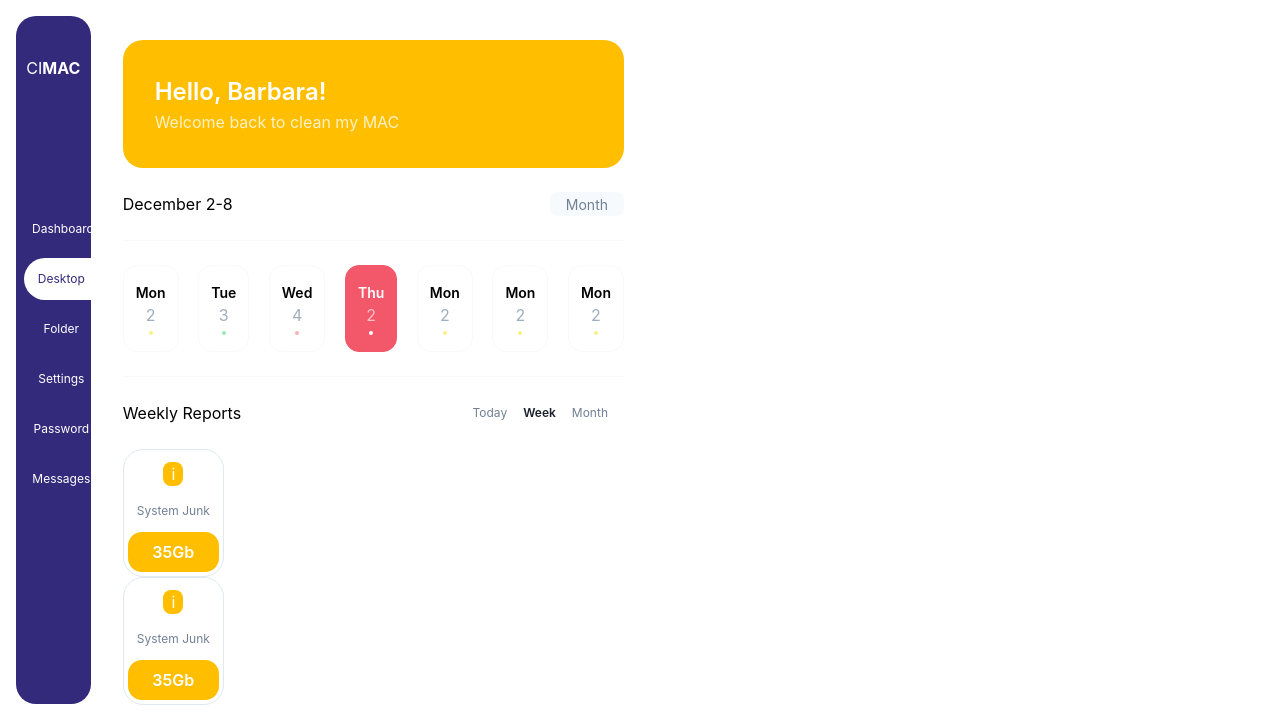
Repository: charleyvibez/experiment-Utility-software-UI
Page: index.html
These files come from the project's save history. The page is drawn as it stood at one moment and after the next save; the edit follows.
The browser window is 1280 px wide. The pictures show the whole page.

Above is the page before, as saved 2020-03-18 00:54:59.

After the next save:
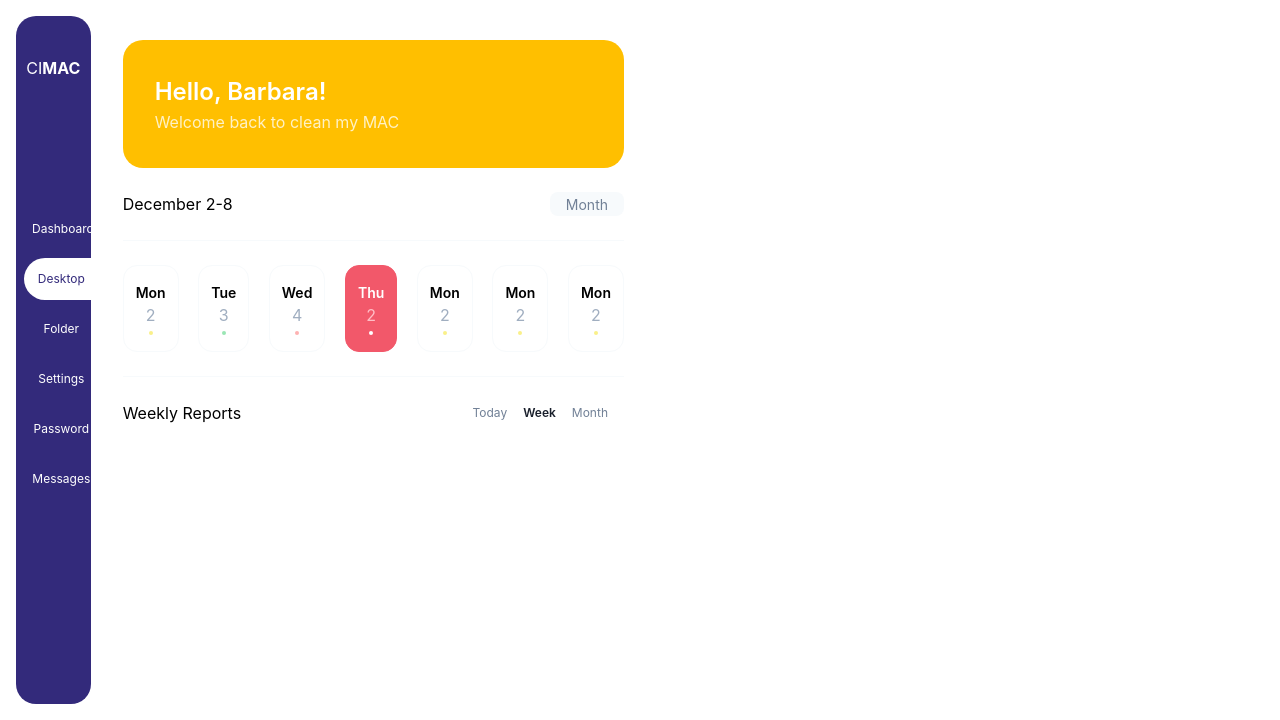
Saved 11 s later.
--- a/index.html
+++ b/index.html
@@ -95,28 +95,7 @@
 
 
         </div>
-        <div class="junks">
-          <div class="system-junk w-1/4  flex items-center pr-6">
-           <div class="bg-white rounded-xl flex flex-col items-center border w-full px-1 pt-3 pb-1">
-             <span class="junk-icon inline-block px-2 text-white mb-4 rounded-lg yellow-bg">
-              i
-            </span>
-            <h6 class="text-xs mb-3 text-gray-600">System Junk</h6>
-            <span class="inline-block yellow-bg px-5 py-2 text-center rounded-semi-xl text-white font-semibold w-full">35Gb</span>
-           </div>
-          </div>
-        </div>
-        <div class="junks">
-          <div class="system-junk w-1/4  flex items-center pr-6">
-           <div class="bg-white rounded-xl flex flex-col items-center border w-full px-1 pt-3 pb-1">
-             <span class="junk-icon inline-block px-2 text-white mb-4 rounded-lg yellow-bg">
-              i
-            </span>
-            <h6 class="text-xs mb-3 text-gray-600">System Junk</h6>
-            <span class="inline-block yellow-bg px-5 py-2 text-center rounded-semi-xl text-white font-semibold w-full">35Gb</span>
-           </div>
-          </div>
-        </div>
+
        </div>
     </div>
   </main>
